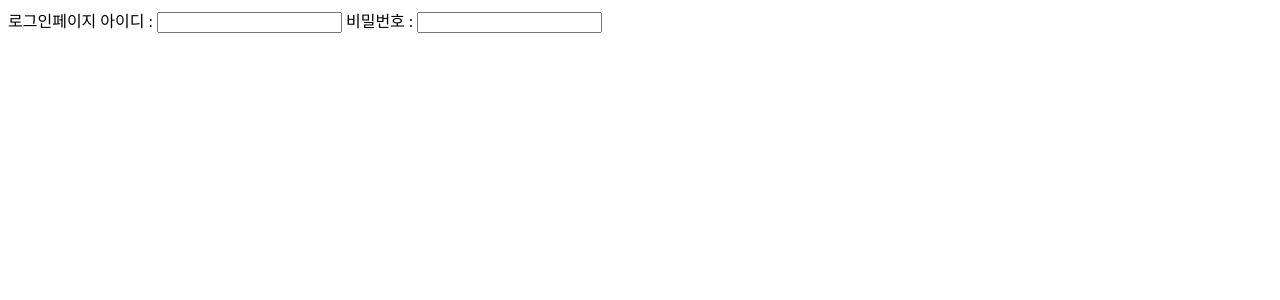
Repository: kzzzzmi/spring
Page: http://localhost/SpringStudy/signin
The author's editor kept a copy of each file at every save. The page is drawn from the files as they stood at one save, then again after the next save.
The browser window is 1280 px wide. The pictures show the whole page.
The page is served by Tomcat 9. Other server files are loaded and not shown.

Above is the page before, as saved 2021-12-15 05:35:01.

### SpringStudy/src/main/webapp/WEB-INF/views/auth/signin.jsp
<%@ page language="java" contentType="text/html; charset=UTF-8"
    pageEncoding="UTF-8"%>
<!DOCTYPE html>
<html>
<head>
<meta charset="UTF-8">
<title>로그인</title>
</head>
<body>
로그인페이지
아이디 : <input type="text" name="username">
비밀번호 :  <input type="password" name="password">
</body>
</html>

After the next save:
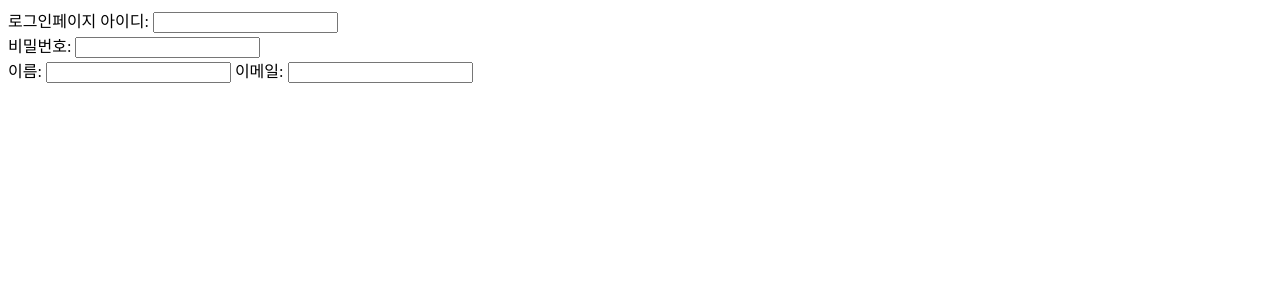
Saved 54 s later.
--- a/SpringStudy/src/main/webapp/WEB-INF/views/auth/signin.jsp
+++ b/SpringStudy/src/main/webapp/WEB-INF/views/auth/signin.jsp
@@ -8,7 +8,9 @@
 </head>
 <body>
 로그인페이지
-아이디 : <input type="text" name="username">
-비밀번호 :  <input type="password" name="password">
+아이디: <input type="text" name="username"><br>
+비밀번호:  <input type="password" name="password"><br>
+이름: <input type="text" name="name">
+이메일: <input type="email" name="">
 </body>
 </html>
